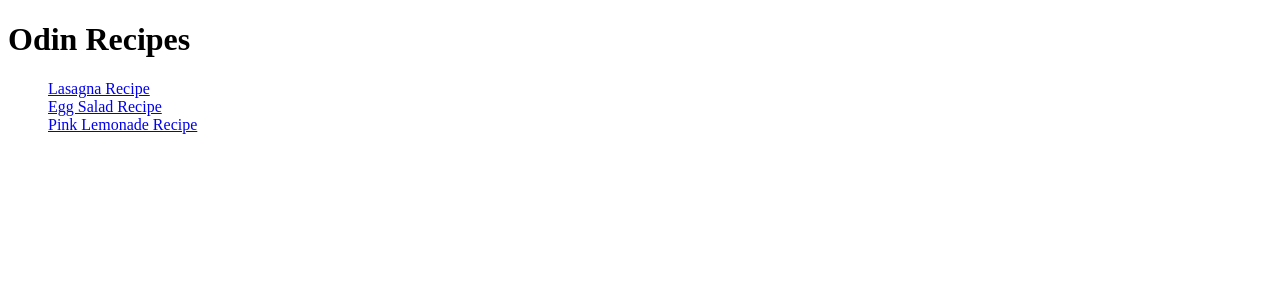
Repository: rsoetydev/odin-recipes
Page: index.html
An editor plug-in stored every save of this project. The page is shown before and after the next save, followed by the edit.
The browser window is 1280 px wide. The pictures show the whole page.

Above is the page before, as saved 2023-11-25 11:55:28.

### index.html
<!DOCTYPE html>
<html lang="en">
<head>
    <meta charset="UTF-8">
    <meta name="viewport" content="width=device-width, initial-scale=1.0">
    <link rel="stylesheet" href="style.css">
    <title>Odin Recipes</title>
</head>
<body>
    <h1>Odin Recipes</h1>
    <ul>
        <li><a href="recipes/lasagna.html">Lasagna Recipe</a></li>
        <li><a href="recipes/eggsalad.html">Egg Salad Recipe</a></li>
        <li><a href="recipes/pinklemonade.html">Pink Lemonade Recipe</a></li>
    </ul>

</body>
</html>

### style.css
@font-face {
    font-family: sans-serif;
    src: url();
}

ul {
    list-style-type: none;
}

h1 {

}

After the next save:
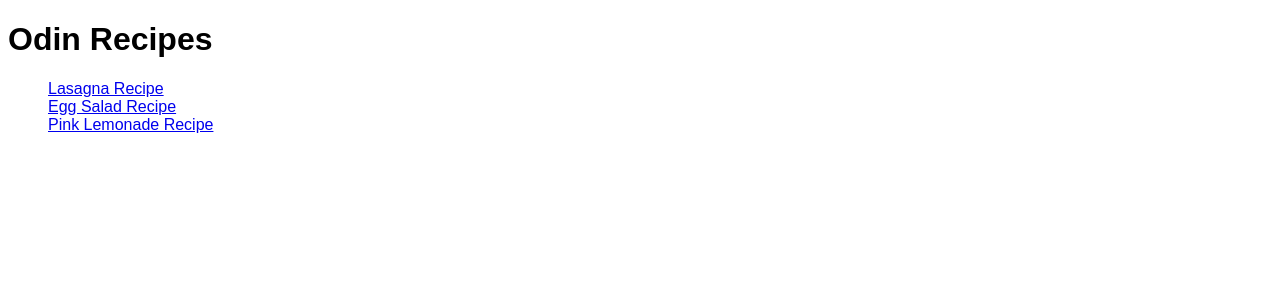
Saved 41 s later.
--- a/style.css
+++ b/style.css
@@ -1,6 +1,5 @@
-@font-face {
+* {
     font-family: sans-serif;
-    src: url();
 }
 
 ul {
